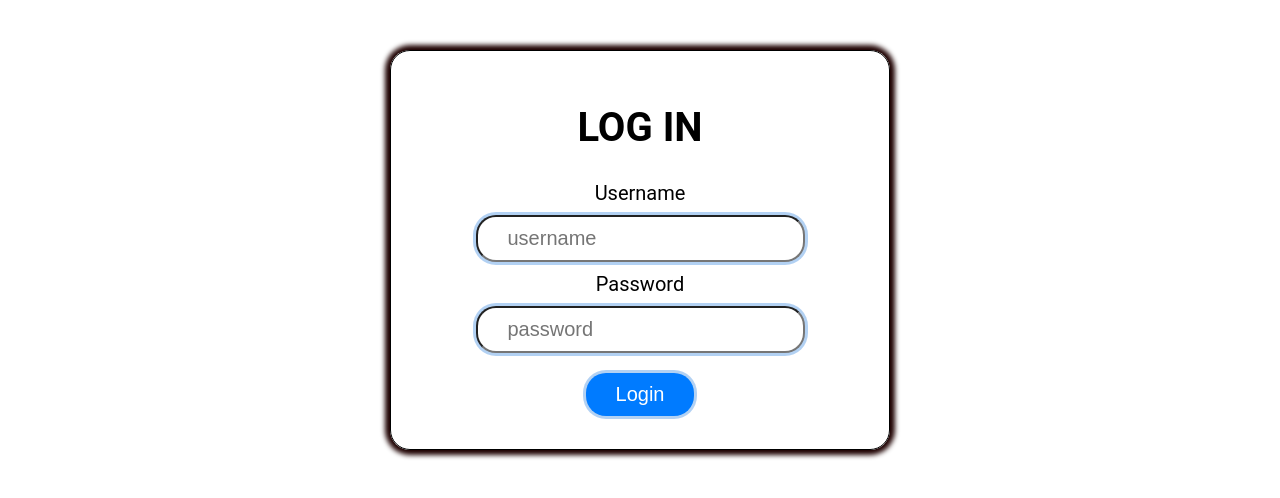
Repository: huyna1707/learning-git
Page: index.html
These files come from the project's save history. The page is drawn as it stood at one moment and after a run of saves; the edit follows.
The browser window is 1280 px wide. The pictures show the whole page.

Above is the page before, as saved 2024-08-09 23:30:24.

After the next 5 saves:
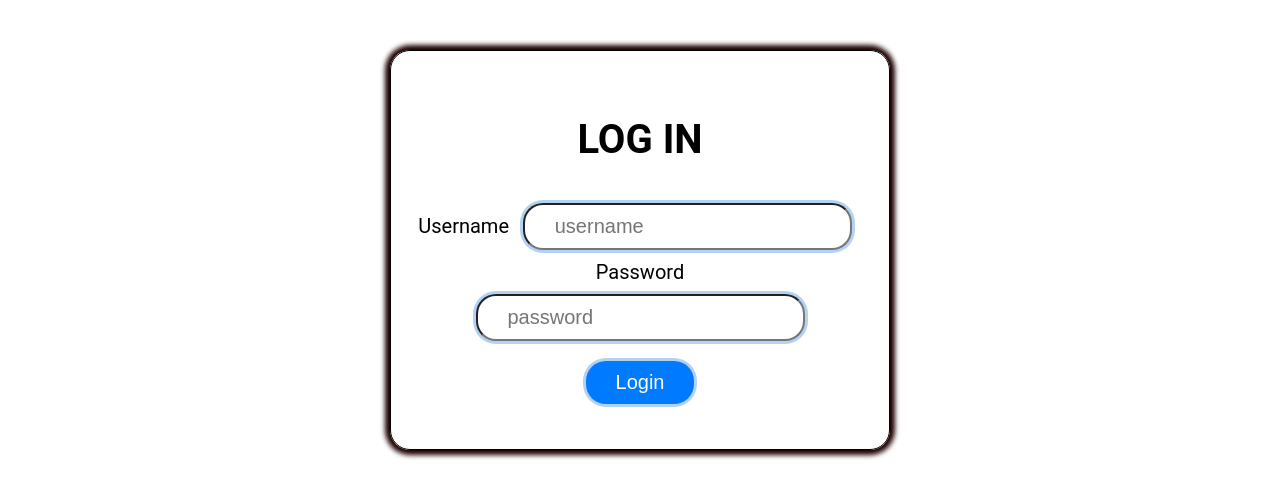
The 5 saves are shown as one change because they came seconds apart.
The last was saved 15 s later.
--- a/index.html
+++ b/index.html
@@ -8,9 +8,11 @@
 <body>
     <form action="menu">
         <h4>LOG IN</h4>
-        <div></div>
-        <label for="username">Username</label>
-        <input type="text" placeholder="username" id="username">
+        <div class="user">
+            <label for="username">Username</label>
+            <input type="text" placeholder="username" id="username">
+        </div>
+
         <label for="passworld">Password</label>
         <input type="password" placeholder="password" id="password">
         <button type="button" onclick="login()">Login</button>
